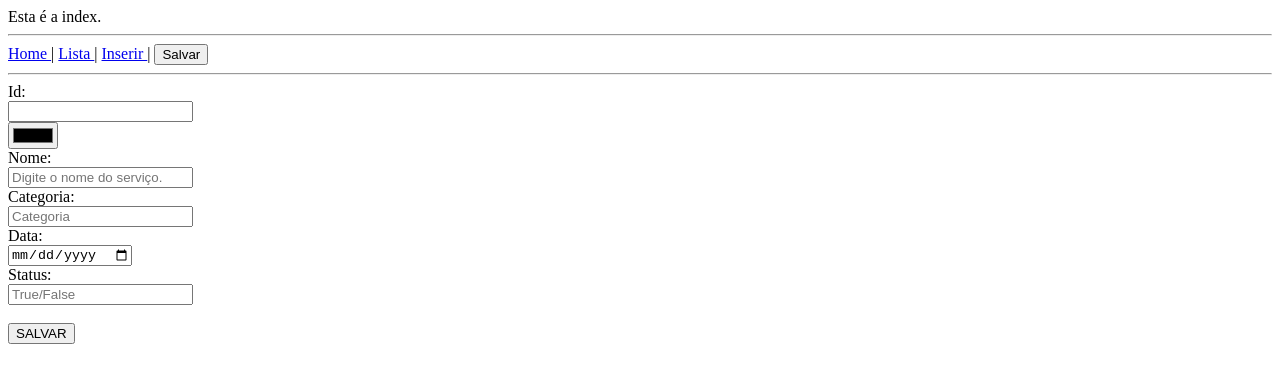
Repository: vivian-nakano/Projetos-Spring
Page: webmvc/src/main/resources/index.html
The author's editor kept a copy of each file at every save. The page is drawn from the files as they stood at one save, then again after the next save.
The browser window is 1280 px wide. The pictures show the whole page.
Some web libraries are served in a nearby version.

Above is the page before, as saved 2020-11-05 12:55:12.

After the next save:
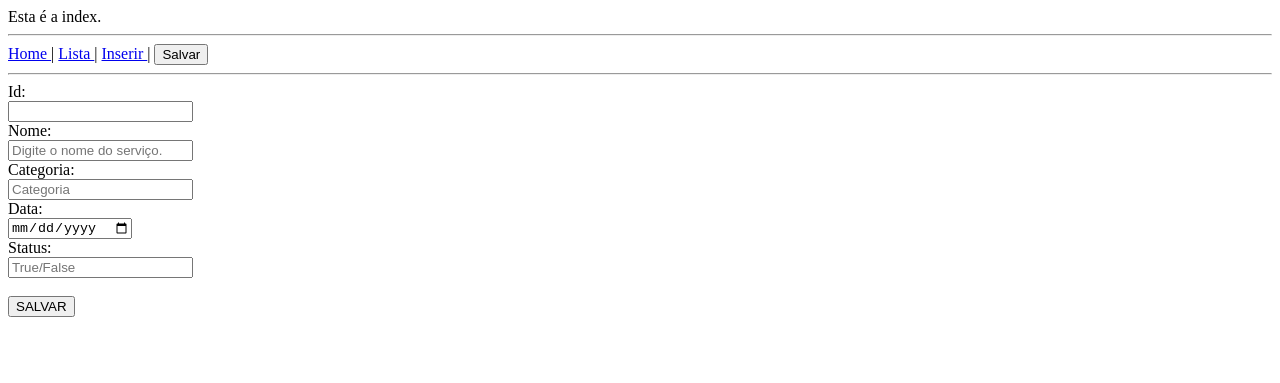
Saved 48 s later.
--- a/webmvc/src/main/resources/index.html
+++ b/webmvc/src/main/resources/index.html
@@ -22,7 +22,6 @@
 	<hr>
 	<form>
 	Id: <br><input type="number" ng-model="id" readonly> <br>
-	<input type="color"> <br>
 	Nome: <br><input type="text" ng-model="nome" size="20" placeholder="Digite o nome do serviço."> <br>
 	Categoria: <br><input type="text" ng-model="categoria" size="20" placeholder="Categoria"> <br>
 	Data: <br><input type="date" ng-model="data" required> <br>
